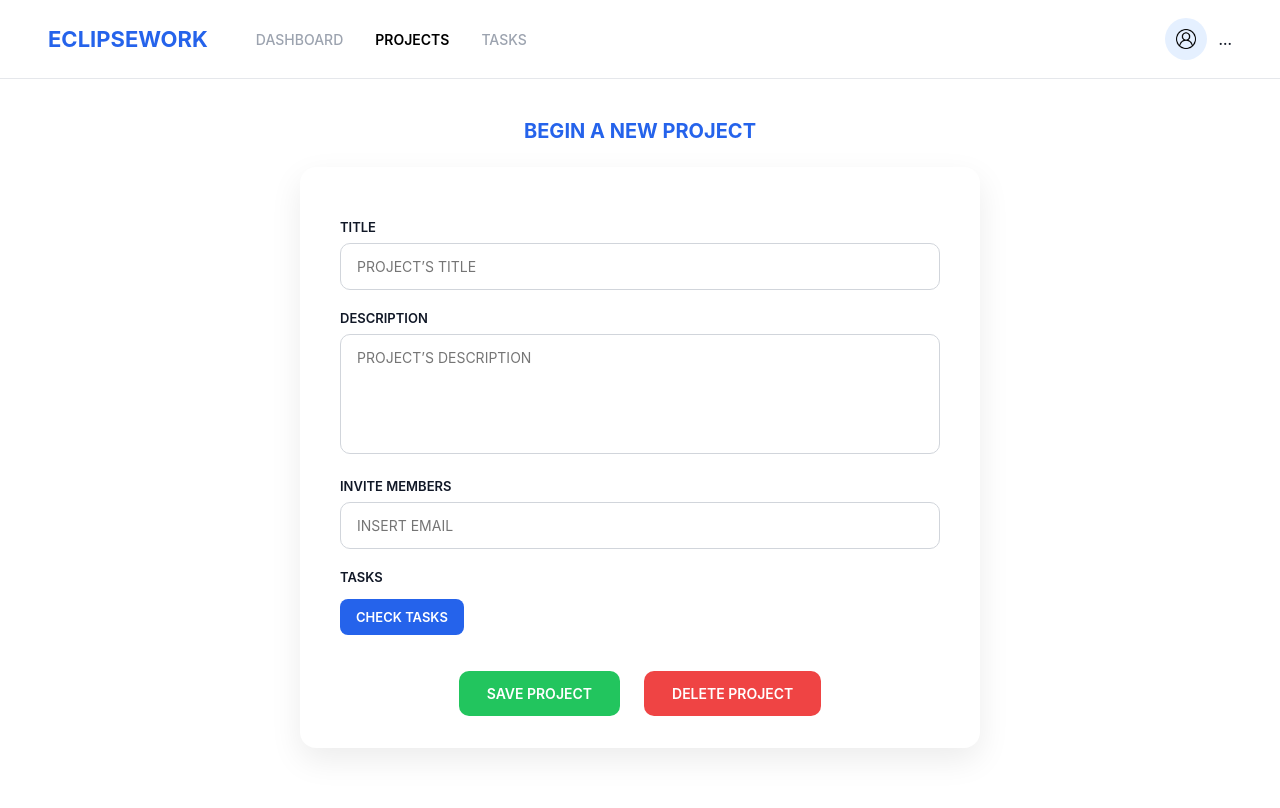
Repository: lynaannou/work-management-app
Page: src/main/resources/ressources/view/project-form.html
The author's editor kept a copy of each file at every save. The page is drawn from the files as they stood at one save, then again after the next save.
The browser window is 1280 px wide. The pictures show the whole page.

Above is the page before, as saved 2025-12-25 00:31:29.

### src/main/resources/ressources/view/project-form.html
<!DOCTYPE html>
<html lang="en">
<head>
  <meta charset="UTF-8">
  <title>ECLIPSEWORK – New Project</title>
  <link rel="stylesheet" href="project-form.css">
</head>

<body>

<!-- =========================
     NAVBAR
========================= -->
<div class="navbar">
  <div class="nav-left">
    <div class="brand">ECLIPSEWORK</div>

    <div class="nav-links">
      <a href="#" onclick="goDashboard()">DASHBOARD</a>
      <a href="#" class="active">PROJECTS</a>
      <a href="#" onclick="goTasks()">TASKS</a>
    </div>
  </div>

  <div class="nav-right">
    <div class="avatar">
      <img src="user.png" alt="user">
    </div>
    <div class="user-name">...</div>
  </div>
</div>

<!-- =========================
     PAGE TITLE
========================= -->
<h2 class="page-title">BEGIN A NEW PROJECT</h2>

<!-- =========================
     PROJECT FORM
========================= -->
<div class="form-container">

  <label for="projectTitle">TITLE</label>
  <input
    type="text"
    id="projectTitle"
    placeholder="PROJECT’S TITLE"
  />

  <label for="projectDescription">DESCRIPTION</label>
  <textarea
    id="projectDescription"
    placeholder="PROJECT’S DESCRIPTION"
  ></textarea>

  <label for="inviteEmail">INVITE MEMBERS</label>
  <input
    type="email"
    id="inviteEmail"
    placeholder="INSERT EMAIL"
  />

  <label>TASKS</label>
  <button class="btn-secondary" onclick="checkTasks()">
    CHECK TASKS
  </button>

  <div class="actions">
    <button class="btn-save" onclick="saveProject()">
      SAVE PROJECT
    </button>

    <button class="btn-delete" onclick="deleteProject()">
      DELETE PROJECT
    </button>
  </div>
</div>

<!-- =========================
     NAVIGATION FUNCTIONS
========================= -->
<script>
function goDashboard() {
  if (window.java && window.java.openDashboard) {
    window.java.openDashboard();
  } else {
    console.warn("Dashboard navigation not available");
  }
}

function goTasks() {
  if (window.java && window.java.openTasks) {
    window.java.openTasks();
  } else {
    console.warn("Tasks navigation not available");
  }
}
</script>

<!-- =========================
     PROJECT ACTIONS (STUB)
========================= -->
<script>
function checkTasks() {
  console.log("📋 Check tasks clicked");
}

function saveProject() {
  if (!window.currentUser) {
    alert("User not loaded");
    return;
  }

  if (!window.javaBridge || !window.javaBridge.createProject) {
    alert("Backend bridge not available");
    return;
  }

  const title = document.getElementById("projectTitle").value.trim();
  const description = document.getElementById("projectDescription").value.trim();
  const inviteEmail = document.getElementById("inviteEmail").value.trim();

  if (!title) {
    alert("Project title is required");
    return;
  }

  // You decided: invite by EMAIL, CSV-compatible
  const invitedEmailsCsv = inviteEmail; // single email for now

  console.log("💾 Creating project:", {
    title,
    description,
    invitedEmailsCsv
  });

  // 🔗 CALL JAVA BACKEND
  const raw = window.javaBridge.createProject(
    title,
    description,
    invitedEmailsCsv
  );

  if (!raw) {
    alert("No response from server");
    return;
  }

  let response;
  try {
    response = JSON.parse(raw);
  } catch (e) {
    console.error("Invalid JSON from backend:", raw);
    alert("Server error");
    return;
  }

  if (!response.success) {
    alert(response.error || "Project creation failed");
    return;
  }

  console.log("✅ Project created with teamId =", response.teamId);

  // 🔁 Redirect to projects list
  if (window.java && window.java.navigateTo) {
    window.java.navigateTo("projects.html");
  } else {
    console.warn("Navigation not available, reloading");
    location.reload();
  }
}
</script>

</script>

<!-- =========================
     USER CONTEXT INITIALIZATION
========================= -->
<script>
function initUserContext() {

  if (!window.javaBridge) {
    console.warn("⏳ Waiting for javaBridge...");
    setTimeout(initUserContext, 50);
    return;
  }

  const raw = window.javaBridge.getCurrentUserInfo();

  if (!raw || raw === "{}") {
    console.error("❌ No authenticated user");
    return;
  }

  try {
    const user = JSON.parse(raw);

    // SINGLE SOURCE OF TRUTH
    window.currentUser = {
      id: user.userId,
      fullName: user.firstName + " " + user.lastName,
      email: user.email,
      role: user.role
    };

    const nameEl = document.querySelector(".user-name");
    if (nameEl) {
      nameEl.textContent = window.currentUser.fullName;
    }

    console.log("✅ Current user loaded:", window.currentUser);

  } catch (e) {
    console.error("❌ Failed to parse user info", e);
  }
}

// Start initialization
initUserContext();
</script>

</body>
</html>

### src/main/resources/ressources/view/project-form.css
/* =========================
   RESET
========================= */
* {
  margin: 0;
  padding: 0;
  box-sizing: border-box;
  font-family: "Inter", "Segoe UI", sans-serif;
}

body {
  background: #ffffff;
  color: #111827;
}

/* =========================
   NAVBAR
========================= */
.navbar {
  display: flex;
  justify-content: space-between;
  align-items: center;
  padding: 18px 48px;
  border-bottom: 1px solid #e5e7eb;
}

.nav-left {
  display: flex;
  align-items: center;
  gap: 48px;
}

.brand {
  font-size: 22px;
  font-weight: 700;
  color: #2563eb;
}

.nav-links {
  display: flex;
  gap: 32px;
}

.nav-links a {
  text-decoration: none;
  font-size: 14px;
  font-weight: 500;
  color: #9ca3af;
}

.nav-links a.active {
  color: #000;
  font-weight: 600;
}

.nav-right {
  display: flex;
  align-items: center;
  gap: 12px;
}

.avatar {
  width: 42px;
  height: 42px;
  border-radius: 50%;
  background: #e5f0ff;
  display: flex;
  align-items: center;
  justify-content: center;
}

.avatar img {
  width: 20px;
}

.user-name {
  font-size: 14px;
  font-weight: 600;
}

/* =========================
   TITLE
========================= */
.page-title {
  margin: 40px 0 24px;
  text-align: center;
  font-size: 20px;
  font-weight: 700;
  color: #2563eb;
}

/* =========================
   FORM CONTAINER
========================= */
.form-container {
  width: 680px;
  margin: 0 auto 60px;
  background: #ffffff;
  border-radius: 16px;
  padding: 32px 40px;
  box-shadow: 0 12px 32px rgba(0, 0, 0, 0.08);
}

/* =========================
   FORM ELEMENTS
========================= */
.form-container label {
  display: block;
  margin-top: 20px;
  margin-bottom: 8px;
  font-size: 13px;
  font-weight: 600;
  color: #111827;
}

.form-container input,
.form-container textarea {
  width: 100%;
  padding: 14px 16px;
  border-radius: 10px;
  border: 1px solid #d1d5db;
  font-size: 14px;
}

.form-container textarea {
  resize: none;
  height: 120px;
}

/* =========================
   BUTTONS
========================= */
.btn-secondary {
  margin-top: 6px;
  padding: 10px 16px;
  background: #2563eb;
  color: white;
  border: none;
  border-radius: 8px;
  font-size: 13px;
  font-weight: 600;
  cursor: pointer;
}

.btn-secondary:hover {
  background: #1e4fd8;
}

/* =========================
   ACTIONS
========================= */
.actions {
  display: flex;
  justify-content: center;
  gap: 24px;
  margin-top: 36px;
}

.btn-save {
  background: #22c55e;
  color: white;
  border: none;
  padding: 14px 28px;
  font-size: 14px;
  font-weight: 600;
  border-radius: 10px;
  cursor: pointer;
}

.btn-save:hover {
  background: #16a34a;
}

.btn-delete {
  background: #ef4444;
  color: white;
  border: none;
  padding: 14px 28px;
  font-size: 14px;
  font-weight: 600;
  border-radius: 10px;
  cursor: pointer;
}

.btn-delete:hover {
  background: #dc2626;
}

After the next save:
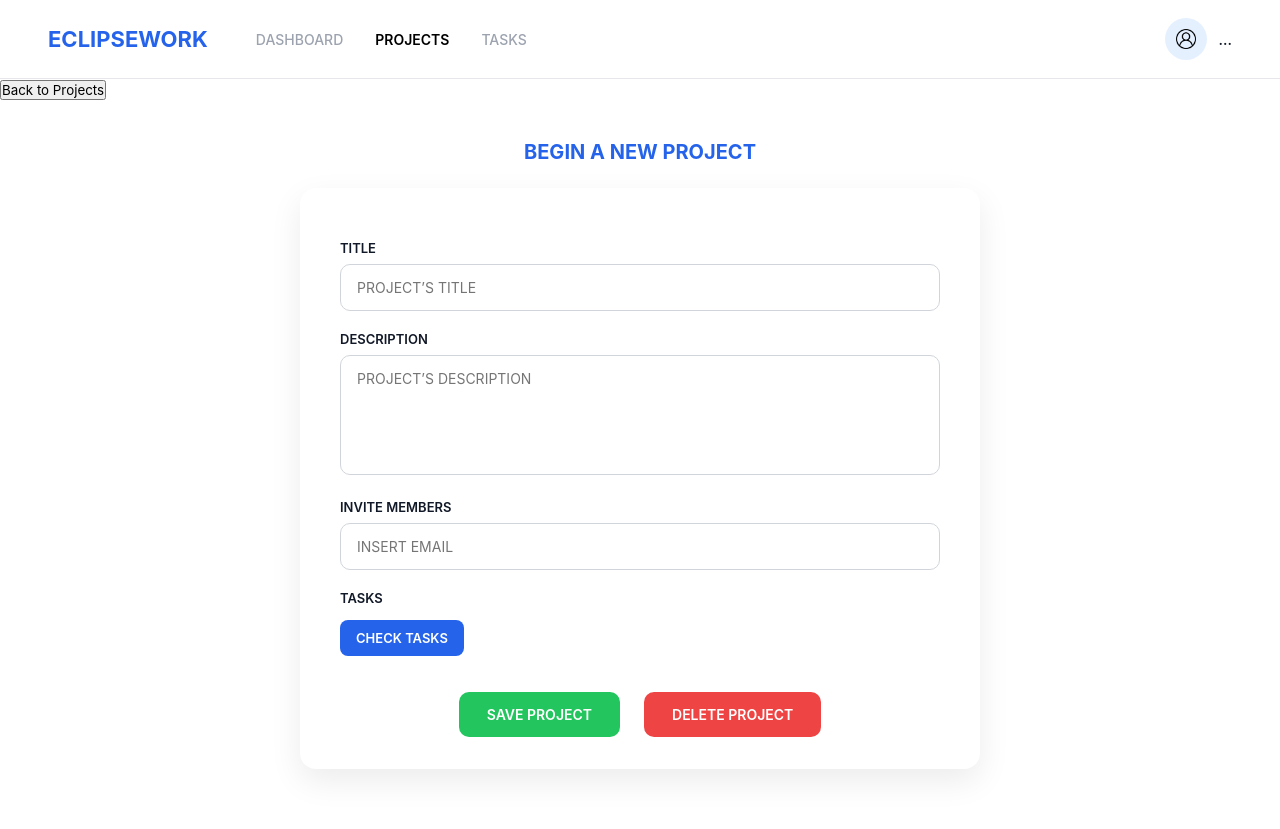
Saved 2 min 1 s later.
--- a/src/main/resources/ressources/view/project-form.html
+++ b/src/main/resources/ressources/view/project-form.html
@@ -29,6 +29,10 @@
     <div class="user-name">...</div>
   </div>
 </div>
+<div class="page-actions">
+  <button class="back-btn" onclick="goBackToProjects()">Back to Projects</button>
+</div>
+
 
 <!-- =========================
      PAGE TITLE
